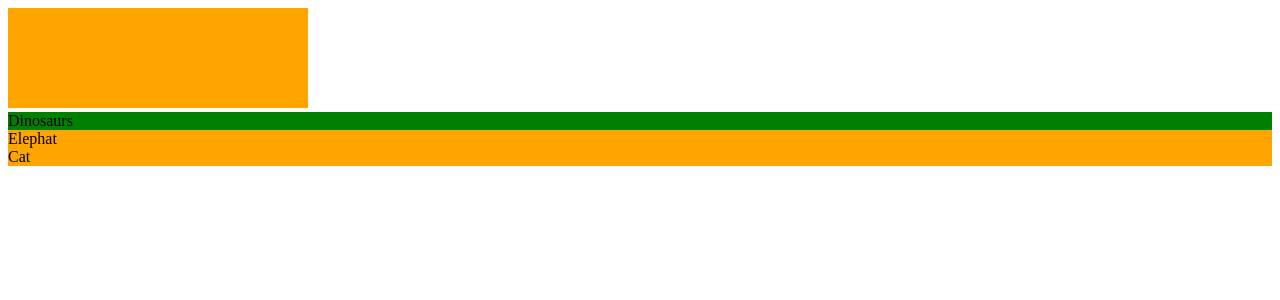
Repository: ajaytech/D3-sample-code
Page: D3 codes/D3SVG.html
The author's editor kept a record of every edit. The page is drawn from the files as they stood at one moment, then again after the next edit.
The browser window is 1280 px wide. The pictures show the whole page.

Above is the page before.

After the next edit:
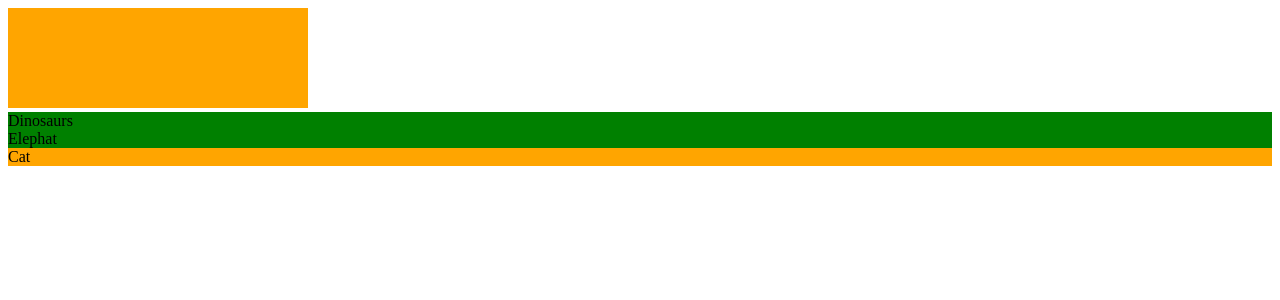
The edit:
--- a/D3 codes/D3SVG.html
+++ b/D3 codes/D3SVG.html
@@ -19,6 +19,7 @@
    d3.selectAll("div").style("background","orange");
 
  d3.select("#demo").style("background","green");
+  d3.select(".demoClass").style("background","green");
 
 
 
